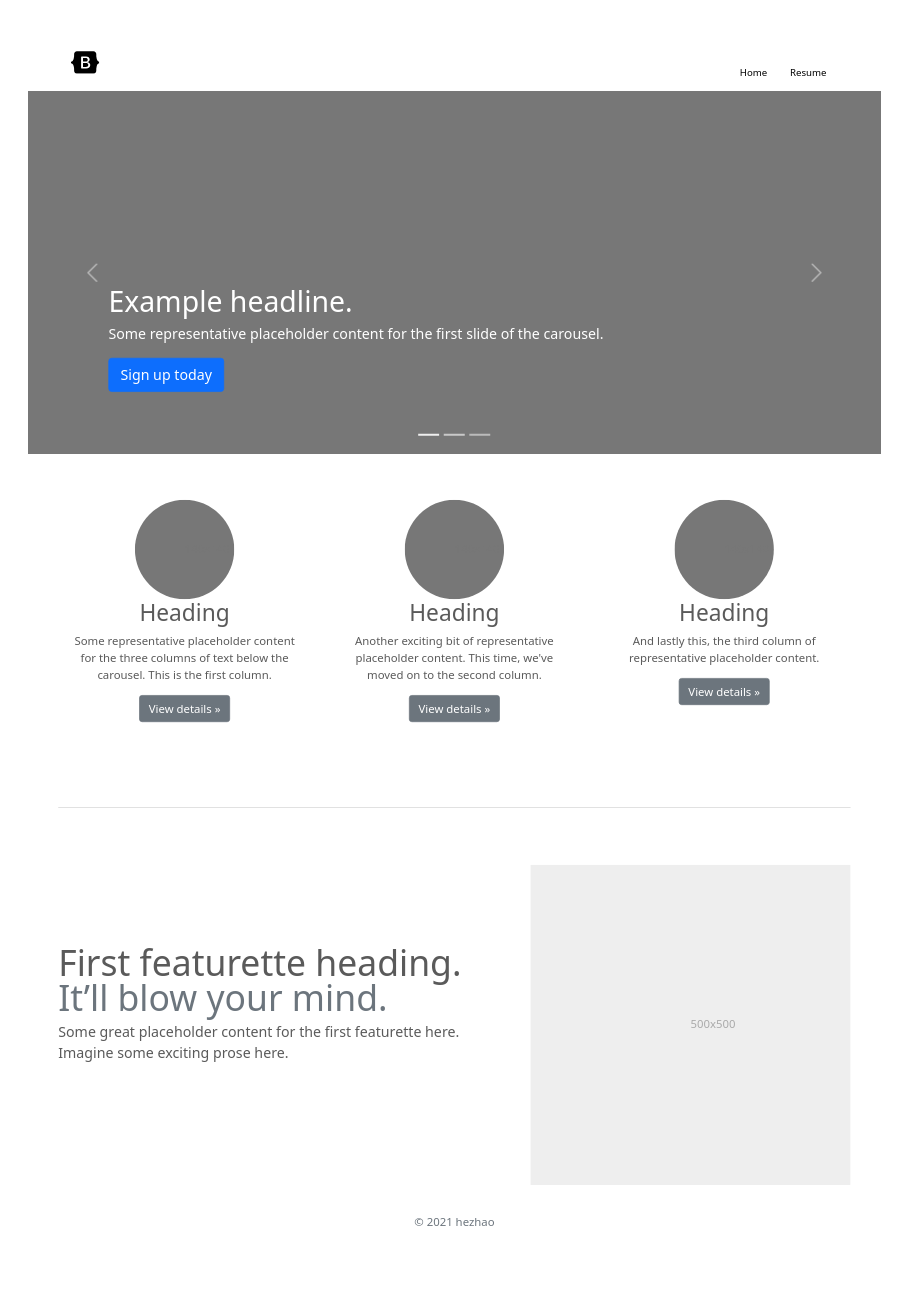
Repository: HeZhao-hugh/personal-web
Page: index.html
An editor plug-in stored every save of this project. The page is shown before and after the next save, followed by the edit.
The browser window is 1280 px wide. The pictures show the whole page, at 71% of full size.

Above is the page before, as saved 2022-01-19 20:45:32.

After the next save:
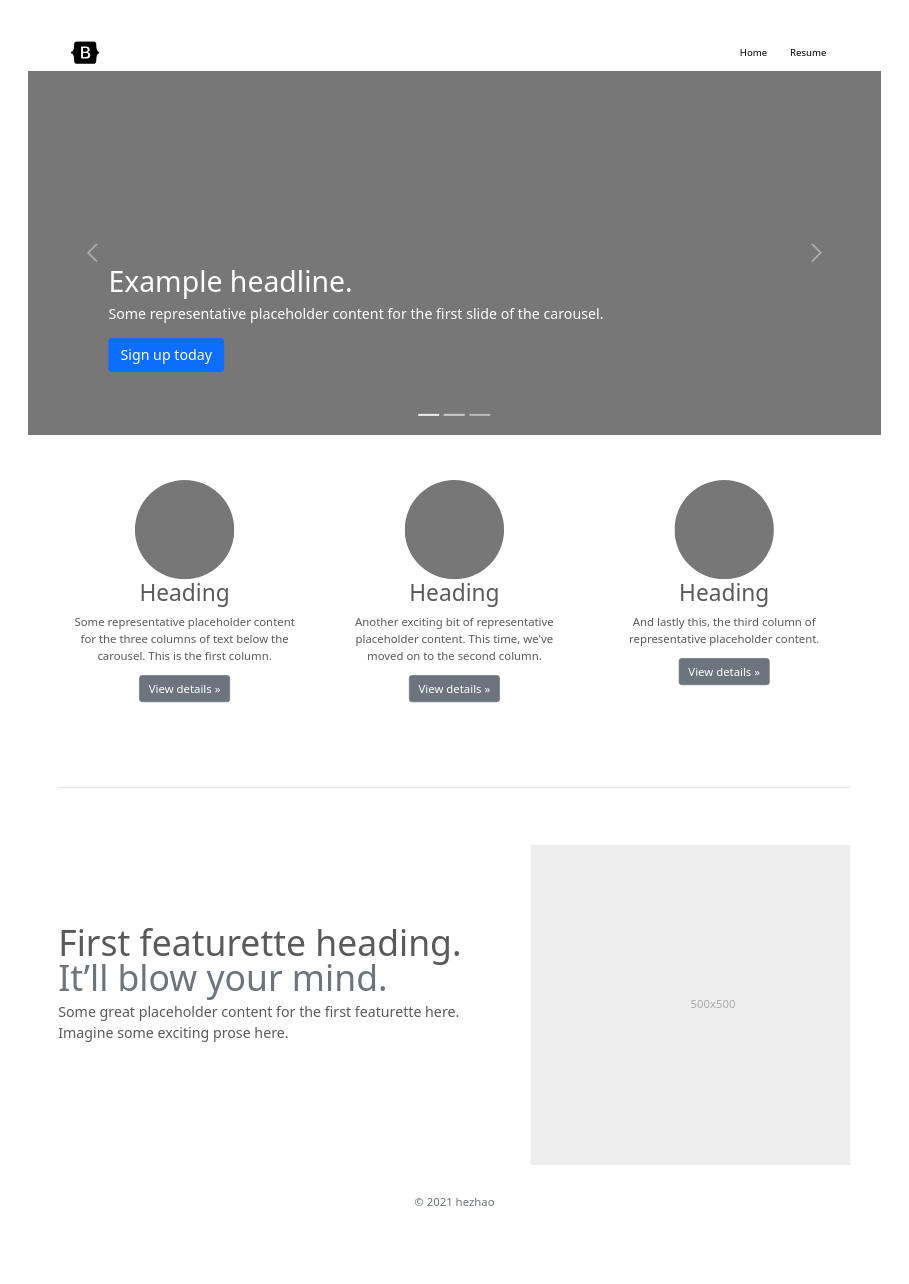
Saved 12 min 19 s later.
--- a/index.html
+++ b/index.html
@@ -70,15 +70,15 @@
                         <ul class="nav col-12 col-lg-auto my-2 justify-content-center my-md-0 text-small">
                             <li>
                                 <a href="HOME" class="navbar-item nav-link text-black">
-                                    <svg class="bi d-block mx-auto mb-1" width="24" height="24">
-                                        <!-- <use href="#Home1" />--></svg>
+                                    <!-- <svg class="bi d-block mx-auto mb-1" width="24" height="24"> -->
+                                    <!-- <use href="#Home1" />--></svg>
                                     Home
                                 </a>
                             </li>
                             <li>
                                 <a href="RESUME" class="navbar-item nav-link text-black">
-                                    <svg class="bi d-block mx-auto mb-1" width="24" height="24">
-                                        <!-- <use href="#Resume1" />--></svg>
+                                    <!-- <svg class="bi d-block mx-auto mb-1" width="24" height="24"> -->
+                                    <!-- <use href="#Resume1" />--></svg>
                                     Resume
                                 </a>
                             </li>
